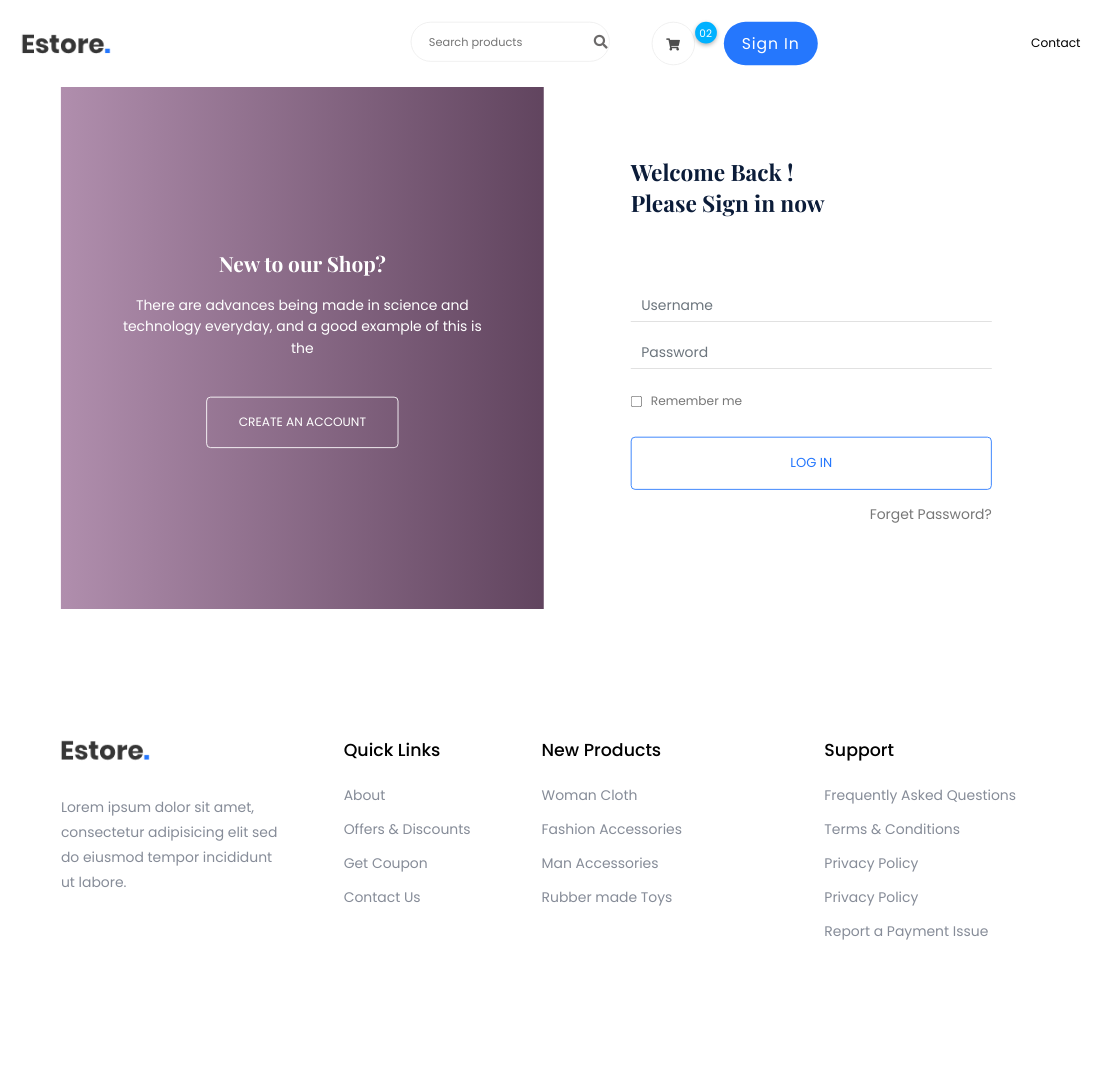
Repository: tuanloc782004/Estore-Bookshop-Website
Page: http://localhost/auth/login
The author's editor kept a copy of each file at every save. The page is drawn from the files as they stood at one save, then again after the next save.
The browser window is 1280 px wide. The pictures show the whole page, at 87% of full size.
Some web fonts or font styles are not loaded; a fallback is used. The page is this project's Thymeleaf template; nobody is signed in. Other server files are loaded and not shown. The template is opened directly, without the code that normally fills it, so the values that code supplies are empty.

Above is the page before, as saved 2024-10-26 03:53:36.

### myscp/src/main/resources/templates/auth/login.html
<!doctype html>
<html lang="zxx" xmlns:th="http://www.thymeleaf.org"
	xmlns:sec="https://www.thymeleaf.org/extras/spring-security6">

<head th:replace="user/layout/head::head"></head>

<body>

	<div th:replace="user/layout/preloader-start::preloader-start"></div>

	<header th:replace="user/layout/header::header"></header>

	<!--================login_part Area =================-->
	<section class="login_part">
		<div class="container">
			<div class="row align-items-center">
				<div class="col-lg-6 col-md-6">
					<div class="login_part_text text-center">
						<div class="login_part_text_iner">
							<h2>New to our Shop?</h2>
							<p>There are advances being made in science and technology
								everyday, and a good example of this is the</p>
							<a href="#" class="btn_3">Create an Account</a>
						</div>
					</div>
				</div>
				<div class="col-lg-6 col-md-6">
					<div class="login_part_form">
						<div class="login_part_form_iner">
							<h3>
								Welcome Back ! <br> Please Sign in now
							</h3>
							<form class="row contact_form" action="#" method="post"
								novalidate="novalidate">
								<div class="col-md-12 form-group p_star">
									<input type="text" class="form-control" id="name" name="username"
										value="" placeholder="Username">
								</div>
								<div class="col-md-12 form-group p_star">
									<input type="password" class="form-control" id="password"
										name="password" value="" placeholder="Password">
								</div>
								<div class="col-md-12 form-group">
									<div class="creat_account d-flex align-items-center">
										<input type="checkbox" id="f-option" name="selector">
										<label for="f-option">Remember me</label>
									</div>
									<button type="submit" value="submit" class="btn_3">
										log in</button>
									<a class="lost_pass" href="#">forget password?</a>
								</div>
							</form>
						</div>
					</div>
				</div>
			</div>
		</div>
	</section>
	<!--================login_part end =================-->

	<footer th:replace="user/layout/footer::footer"></footer>

	<div th:replace="user/layout/script::script"></div>

</body>

</html>

### myscp/src/main/resources/templates/user/layout/head.html
<head th:fragment="head">
<meta charset="utf-8">
<meta http-equiv="x-ua-compatible" content="ie=edge">
<title>Estore</title>
<meta name="description" content="">
<meta name="viewport" content="width=device-width, initial-scale=1">
<link rel="manifest" href="site.webmanifest">
<link rel="shortcut icon" type="image/x-icon"
	th:href="@{/assets/img/favicon.ico}">

<!-- CSS here -->
<link rel="stylesheet" th:href="@{/assets/css/bootstrap.min.css}">
<link rel="stylesheet" th:href="@{/assets/css/owl.carousel.min.css}">
<link rel="stylesheet" th:href="@{/assets/css/flaticon.css}">
<link rel="stylesheet" th:href="@{/assets/css/slicknav.css}">
<link rel="stylesheet" th:href="@{/assets/css/animate.min.css}">
<link rel="stylesheet" th:href="@{/assets/css/magnific-popup.css}">
<link rel="stylesheet" th:href="@{/assets/css/fontawesome-all.min.css}">
<link rel="stylesheet" th:href="@{/assets/css/themify-icons.css}">
<link rel="stylesheet" th:href="@{/assets/css/slick.css}">
<link rel="stylesheet" th:href="@{/assets/css/nice-select.css}">
<link rel="stylesheet" th:href="@{/assets/css/style.css}">
</head>

### myscp/src/main/resources/templates/user/layout/preloader-start.html
<!-- Preloader Start -->
<div id="preloader-active" th:fragment="preloader-start">
	<div class="preloader d-flex align-items-center justify-content-center">
		<div class="preloader-inner position-relative">
			<div class="preloader-circle"></div>
			<div class="preloader-img pere-text">
				<img th:src="@{/assets/img/logo/logo.png}" alt="">
			</div>
		</div>
	</div>
</div>
<!-- Preloader Start -->

### myscp/src/main/resources/templates/user/layout/header.html
<header th:fragment="header">
	<!-- Header Start -->
	<div class="header-area">
		<div class="main-header ">
			<div class="header-bottom  header-sticky">
				<div class="container-fluid">
					<div class="row align-items-center">
						<!-- Logo -->
						<div class="col-xl-1 col-lg-1 col-md-1 col-sm-3">
							<div class="logo">
								<a href="index.html"><img
									th:src="@{/assets/img/logo/logo.png}" alt=""></a>
							</div>
						</div>
						<div class="col fix-card">
							<ul
								class="header-right f-right d-none d-lg-block d-flex justify-content-between">
								<li class="d-none d-xl-block">
									<div class="form-box f-right col-lg-8 col-xl-8">
										<input type="text" name="Search" placeholder="Search products">
										<div class="search-icon">
											<i class="fas fa-search special-tag"></i>
										</div>
									</div>
								</li>
								<li>
									<div class="shopping-card">
										<a href="cart.html"><i class="fas fa-shopping-cart"></i></a>
									</div>
								</li>
								<li class="d-none d-lg-block"><a href="#"
									class="btn header-btn">Sign in</a></li>
							</ul>
						</div>
						<div class="col-xl-3 col-lg-3 col-md-3 col-sm-3">
							<!-- Main-menu -->
							<div class="main-menu f-right d-none d-lg-block">
								<nav>
									<ul id="navigation">
										<li><a href="contact.html">Contact</a></li>
									</ul>
								</nav>
							</div>
						</div>
						<!-- Mobile Menu -->
						<div class="col-12">
							<div class="mobile_menu d-block d-lg-none"></div>
						</div>
					</div>
				</div>
			</div>
		</div>
	</div>
	<!-- Header End -->
</header>

### myscp/src/main/resources/templates/user/layout/footer.html
<footer th:fragment="footer">

	<!-- Footer Start-->
	<div class="footer-area footer-padding">
		<div class="container">
			<div class="row d-flex justify-content-between">
				<div class="col-xl-3 col-lg-3 col-md-5 col-sm-6">
					<div class="single-footer-caption mb-50">
						<div class="single-footer-caption mb-30">
							<!-- logo -->
							<div class="footer-logo">
								<a href="index.html"><img
									th:src="@{/assets/img/logo/logo2_footer.png}" alt=""></a>
							</div>
							<div class="footer-tittle">
								<div class="footer-pera">
									<p>Lorem ipsum dolor sit amet, consectetur adipisicing elit
										sed do eiusmod tempor incididunt ut labore.</p>
								</div>
							</div>
						</div>
					</div>
				</div>
				<div class="col-xl-2 col-lg-3 col-md-3 col-sm-5">
					<div class="single-footer-caption mb-50">
						<div class="footer-tittle">
							<h4>Quick Links</h4>
							<ul>
								<li><a href="#">About</a></li>
								<li><a href="#"> Offers & Discounts</a></li>
								<li><a href="#"> Get Coupon</a></li>
								<li><a href="#"> Contact Us</a></li>
							</ul>
						</div>
					</div>
				</div>
				<div class="col-xl-3 col-lg-3 col-md-4 col-sm-7">
					<div class="single-footer-caption mb-50">
						<div class="footer-tittle">
							<h4>New Products</h4>
							<ul>
								<li><a href="#">Woman Cloth</a></li>
								<li><a href="#">Fashion Accessories</a></li>
								<li><a href="#"> Man Accessories</a></li>
								<li><a href="#"> Rubber made Toys</a></li>
							</ul>
						</div>
					</div>
				</div>
				<div class="col-xl-3 col-lg-3 col-md-5 col-sm-7">
					<div class="single-footer-caption mb-50">
						<div class="footer-tittle">
							<h4>Support</h4>
							<ul>
								<li><a href="#">Frequently Asked Questions</a></li>
								<li><a href="#">Terms & Conditions</a></li>
								<li><a href="#">Privacy Policy</a></li>
								<li><a href="#">Privacy Policy</a></li>
								<li><a href="#">Report a Payment Issue</a></li>
							</ul>
						</div>
					</div>
				</div>
			</div>
		</div>
	</div>
	<!-- Footer End-->

</footer>

### myscp/src/main/resources/templates/user/layout/script.html
<div th:fragment="script">
	<!-- JS here -->

	<!-- All JS Custom Plugins Link Here here -->
	<script th:src="@{/assets/js/vendor/modernizr-3.5.0.min.js}"></script>
	<!-- Jquery, Popper, Bootstrap -->
	<script th:src="@{/assets/js/vendor/jquery-1.12.4.min.js}"></script>
	<script th:src="@{/assets/js/popper.min.js}"></script>
	<script th:src="@{/assets/js/bootstrap.min.js}"></script>
	<!-- Jquery Mobile Menu -->
	<script th:src="@{/assets/js/jquery.slicknav.min.js}"></script>

	<!-- Jquery Slick , Owl-Carousel Plugins -->
	<script th:src="@{/assets/js/owl.carousel.min.js}"></script>
	<script th:src="@{/assets/js/slick.min.js}"></script>

	<!-- One Page, Animated-HeadLin -->
	<script th:src="@{/assets/js/wow.min.js}"></script>
	<script th:src="@{/assets/js/animated.headline.js}"></script>
	<script th:src="@{/assets/js/jquery.magnific-popup.js}"></script>

	<!-- Scrollup, nice-select, sticky -->
	<script th:src="@{/assets/js/jquery.scrollUp.min.js}"></script>
	<script th:src="@{/assets/js/jquery.nice-select.min.js}"></script>
	<script th:src="@{/assets/js/jquery.sticky.js}"></script>
	<script src="./assets/js/jquery.magnific-popup.js"></script>

	<!-- contact js -->
	<script th:src="@{/assets/js/contact.js}"></script>
	<script th:src="@{/assets/js/jquery.form.js}"></script>
	<script th:src="@{/assets/js/jquery.validate.min.js}"></script>
	<script th:src="@{/assets/js/mail-script.js}"></script>
	<script th:src="@{/assets/js/jquery.ajaxchimp.min.js}"></script>

	<!-- Jquery Plugins, main Jquery -->
	<script th:src="@{/assets/js/plugins.js}"></script>
	<script th:src="@{/assets/js/main.js}"></script>
</div>

### myscp/src/main/resources/static/assets/js/contact.js
$(document).ready(function(){

    (function($) {
        "use strict";


    jQuery.validator.addMethod('answercheck', function (value, element) {
        return this.optional(element) || /^\bcat\b$/.test(value)
    }, "type the correct answer -_-");

    // validate contactForm form
    $(function() {
        $('#contactForm').validate({
            rules: {
                name: {
                    required: true,
                    minlength: 2
                },
                subject: {
                    required: true,
                    minlength: 4
                },
                number: {
                    required: true,
                    minlength: 5
                },
                email: {
                    required: true,
                    email: true
                },
                message: {
                    required: true,
                    minlength: 20
                }
            },
            messages: {
                name: {
                    required: "come on, you have a name, don't you?",
                    minlength: "your name must consist of at least 2 characters"
                },
                subject: {
                    required: "come on, you have a subject, don't you?",
                    minlength: "your subject must consist of at least 4 characters"
                },
                number: {
                    required: "come on, you have a number, don't you?",
                    minlength: "your Number must consist of at least 5 characters"
                },
                email: {
                    required: "no email, no message"
                },
                message: {
                    required: "um...yea, you have to write something to send this form.",
                    minlength: "thats all? really?"
                }
            },
            submitHandler: function(form) {
                $(form).ajaxSubmit({
                    type:"POST",
                    data: $(form).serialize(),
                    url:"contact_process.php",
                    success: function() {
                        $('#contactForm :input').attr('disabled', 'disabled');
                        $('#contactForm').fadeTo( "slow", 1, function() {
                            $(this).find(':input').attr('disabled', 'disabled');
                            $(this).find('label').css('cursor','default');
                            $('#success').fadeIn()
                            $('.modal').modal('hide');
		                	$('#success').modal('show');
                        })
                    },
                    error: function() {
                        $('#contactForm').fadeTo( "slow", 1, function() {
                            $('#error').fadeIn()
                            $('.modal').modal('hide');
		                	$('#error').modal('show');
                        })
                    }
                })
            }
        })
    })

 })(jQuery)
})

### myscp/src/main/resources/static/assets/js/mail-script.js
    // -------   Mail Send ajax

     $(document).ready(function() {
        var form = $('#myForm'); // contact form
        var submit = $('.submit-btn'); // submit button
        var alert = $('.alert-msg'); // alert div for show alert message

        // form submit event
        form.on('submit', function(e) {
            e.preventDefault(); // prevent default form submit

            $.ajax({
                url: 'mail.php', // form action url
                type: 'POST', // form submit method get/post
                dataType: 'html', // request type html/json/xml
                data: form.serialize(), // serialize form data
                beforeSend: function() {
                    alert.fadeOut();
                    submit.html('Sending....'); // change submit button text
                },
                success: function(data) {
                    alert.html(data).fadeIn(); // fade in response data
                    form.trigger('reset'); // reset form
                    submit.attr("style", "display: none !important");; // reset submit button text
                },
                error: function(e) {
                    console.log(e)
                }
            });
        });
    });

### myscp/src/main/resources/static/assets/js/plugins.js
// Avoid `console` errors in browsers that lack a console.
(function() {
    var method;
    var noop = function () {};
    var methods = [
        'assert', 'clear', 'count', 'debug', 'dir', 'dirxml', 'error',
        'exception', 'group', 'groupCollapsed', 'groupEnd', 'info', 'log',
        'markTimeline', 'profile', 'profileEnd', 'table', 'time', 'timeEnd',
        'timeline', 'timelineEnd', 'timeStamp', 'trace', 'warn'
    ];
    var length = methods.length;
    var console = (window.console = window.console || {});

    while (length--) {
        method = methods[length];

        // Only stub undefined methods.
        if (!console[method]) {
            console[method] = noop;
        }
    }
}());

// Place any jQuery/helper plugins in here.

Loaded but not shown: myscp/src/main/resources/static/assets/css/bootstrap.min.css (library); myscp/src/main/resources/static/assets/css/owl.carousel.min.css (common file); myscp/src/main/resources/static/assets/css/flaticon.css (common file); myscp/src/main/resources/static/assets/css/slicknav.css (common file); myscp/src/main/resources/static/assets/css/animate.min.css (library); myscp/src/main/resources/static/assets/css/magnific-popup.css (library); myscp/src/main/resources/static/assets/css/fontawesome-all.min.css (library); myscp/src/main/resources/static/assets/css/themify-icons.css (common file); myscp/src/main/resources/static/assets/css/slick.css (common file); myscp/src/main/resources/static/assets/css/nice-select.css (common file); myscp/src/main/resources/static/assets/css/style.css (library); myscp/src/main/resources/static/assets/js/popper.min.js (library); myscp/src/main/resources/static/assets/js/bootstrap.min.js (library); myscp/src/main/resources/static/assets/js/jquery.slicknav.min.js (library); myscp/src/main/resources/static/assets/js/owl.carousel.min.js (library); myscp/src/main/resources/static/assets/js/slick.min.js (library); myscp/src/main/resources/static/assets/js/wow.min.js (library); myscp/src/main/resources/static/assets/js/animated.headline.js (common file); myscp/src/main/resources/static/assets/js/jquery.magnific-popup.js (library); myscp/src/main/resources/static/assets/js/jquery.scrollUp.min.js (common file); myscp/src/main/resources/static/assets/js/jquery.nice-select.min.js (common file); myscp/src/main/resources/static/assets/js/jquery.sticky.js (library); myscp/src/main/resources/static/assets/js/jquery.form.js (library); myscp/src/main/resources/static/assets/js/jquery.validate.min.js (library); myscp/src/main/resources/static/assets/js/jquery.ajaxchimp.min.js (library); myscp/src/main/resources/static/assets/js/main.js (520 lines, source omitted)

After the next save:
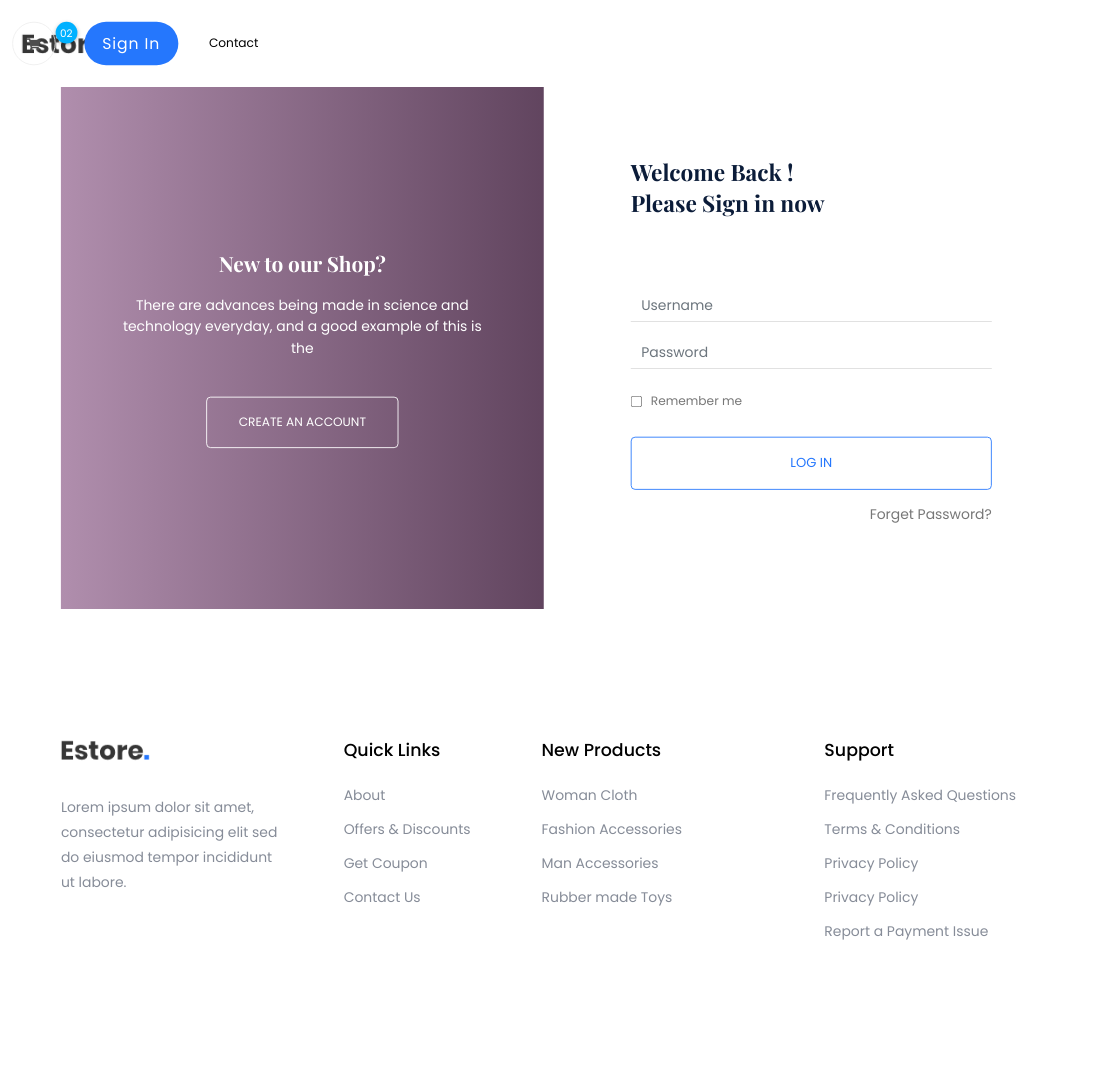
Saved 119 s later.
--- a/myscp/src/main/resources/templates/user/layout/header.html
+++ b/myscp/src/main/resources/templates/user/layout/header.html
@@ -12,7 +12,7 @@
 									th:src="@{/assets/img/logo/logo.png}" alt=""></a>
 							</div>
 						</div>
-						<div class="col fix-card">
+						<div class="col-xl-1 col-lg-1 col-md-1 col-sm-3">
 							<ul
 								class="header-right f-right d-none d-lg-block d-flex justify-content-between">
 								<li class="d-none d-xl-block">
@@ -32,7 +32,7 @@
 									class="btn header-btn">Sign in</a></li>
 							</ul>
 						</div>
-						<div class="col-xl-3 col-lg-3 col-md-3 col-sm-3">
+						<div class="col-xl-1 col-lg-1 col-md-1 col-sm-3">
 							<!-- Main-menu -->
 							<div class="main-menu f-right d-none d-lg-block">
 								<nav>
